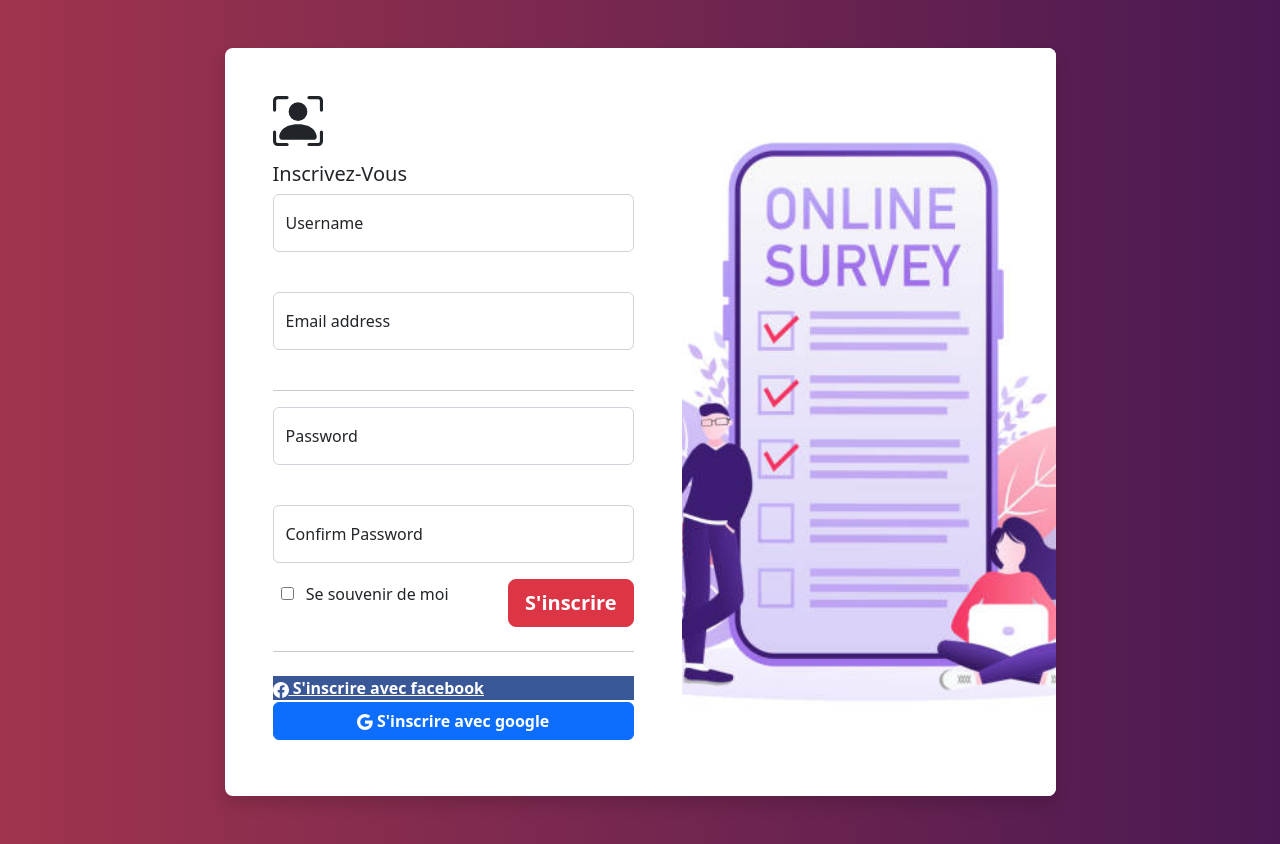
Repository: Djiamil/testsMoustaphaDER
Page: index.html
The author's editor kept a copy of each file at every save. The page is drawn from the files as they stood at one save, then again after the next save.
The browser window is 1280 px wide. The pictures show the whole page.

Above is the page before, as saved 2022-12-09 00:40:30.

### index.html
<!DOCTYPE html>
<html lang="en">
<head>
    <meta charset="UTF-8">
    <meta http-equiv="X-UA-Compatible" content="IE=edge">
    <meta name="viewport" content="width=device-width, initial-scale=1.0">
    <title>Formulaire d'inscription Futur Digital</title>
    <link rel="stylesheet" href="https://cdn.jsdelivr.net/npm/bootstrap@5.2.3/dist/css/bootstrap.min.css" integrity="sha384-rbsA2VBKQhggwzxH7pPCaAqO46MgnOM80zW1RWuH61DGLwZJEdK2Kadq2F9CUG65" crossorigin="anonymous">
    <link rel="stylesheet" href="style.css">
</head>
<body>
    <div class="container">
        <div class="row">
          <div class="col-lg-10 col-xl-9 mx-auto">
            <div class="card flex-row my-5 border-0 shadow rounded-3 overflow-hidden">
                <div class="card-body p-4 p-sm-5">
                    <div class="d-flex flex-column">
                        <svg xmlns="http://www.w3.org/2000/svg" width="50" height="50" fill="currentColor" class="bi bi-person-bounding-box mb-3" viewBox="0 0 16 16">
                            <path d="M1.5 1a.5.5 0 0 0-.5.5v3a.5.5 0 0 1-1 0v-3A1.5 1.5 0 0 1 1.5 0h3a.5.5 0 0 1 0 1h-3zM11 .5a.5.5 0 0 1 .5-.5h3A1.5 1.5 0 0 1 16 1.5v3a.5.5 0 0 1-1 0v-3a.5.5 0 0 0-.5-.5h-3a.5.5 0 0 1-.5-.5zM.5 11a.5.5 0 0 1 .5.5v3a.5.5 0 0 0 .5.5h3a.5.5 0 0 1 0 1h-3A1.5 1.5 0 0 1 0 14.5v-3a.5.5 0 0 1 .5-.5zm15 0a.5.5 0 0 1 .5.5v3a1.5 1.5 0 0 1-1.5 1.5h-3a.5.5 0 0 1 0-1h3a.5.5 0 0 0 .5-.5v-3a.5.5 0 0 1 .5-.5z"/>
                            <path d="M3 14s-1 0-1-1 1-4 6-4 6 3 6 4-1 1-1 1H3zm8-9a3 3 0 1 1-6 0 3 3 0 0 1 6 0z"/>
                        </svg>
                        <h5 class="card-title  fw-light fs-5">Inscrivez-Vous</h5>
                    </div>
                    <form class="form" id="form">

                    <div class="form-floating mb-3">
                        <label for="floatingInputUsername">Username</label>
                        <input type="text" class="form-control" id="username" placeholder="Enter username">
                        <small>Error message</small>
                    </div>

                    <div class="form-floating mb-3">
                        <label for="floatingInputEmail">Email address</label>
                        <input type="text" class="form-control" id="email" placeholder="Enter email">
                        <small>Error message</small>
                    </div>

                    <hr>

                    <div class="form-floating mb-3">
                        <label for="floatingPassword">Password</label>
                        <input type="password" class="form-control" id="password" placeholder="Enter password">
                        <small>Error message</small>
                    </div>

                    <div class="form-floating mb-3">
                        <label for="floatingPasswordConfirm">Confirm Password</label>
                        <input type="password" class="form-control" id="password2" placeholder="Confirm your password">
                    </div>

                    <div class="d-grid mb-2 w-100 d-flex justify-content-between">
                        <div>
                            <input type="checkbox" value="" class="m-2">
                            Se souvenir de moi
                        </div>
                        <a class="btn btn-lg btn-danger btn-login fw-bold  mr-25" id="btninscription">S'inscrire</a>
                    </div>

                    <hr class="my-4">

                    <div class="d-grid">
                        <a class="btn-facebook btn-login fw-bold ">
                            <svg xmlns="http://www.w3.org/2000/svg" width="16" height="16" fill="currentColor" class="bi bi-facebook" viewBox="0 0 16 16">
                                <path d="M16 8.049c0-4.446-3.582-8.05-8-8.05C3.58 0-.002 3.603-.002 8.05c0 4.017 2.926 7.347 6.75 7.951v-5.625h-2.03V8.05H6.75V6.275c0-2.017 1.195-3.131 3.022-3.131.876 0 1.791.157 1.791.157v1.98h-1.009c-.993 0-1.303.621-1.303 1.258v1.51h2.218l-.354 2.326H9.25V16c3.824-.604 6.75-3.934 6.75-7.951z"/>
                            </svg>
                            S'inscrire avec facebook
                        </a>
                    </div>
                    <div class="d-grid mb-2">
                        <button class="btn btn-primary fw-bold ">
                            <svg xmlns="http://www.w3.org/2000/svg" width="16" height="16" fill="currentColor" class="bi bi-google" viewBox="0 0 16 16">
                                <path d="M15.545 6.558a9.42 9.42 0 0 1 .139 1.626c0 2.434-.87 4.492-2.384 5.885h.002C11.978 15.292 10.158 16 8 16A8 8 0 1 1 8 0a7.689 7.689 0 0 1 5.352 2.082l-2.284 2.284A4.347 4.347 0 0 0 8 3.166c-2.087 0-3.86 1.408-4.492 3.304a4.792 4.792 0 0 0 0 3.063h.003c.635 1.893 2.405 3.301 4.492 3.301 1.078 0 2.004-.276 2.722-.764h-.003a3.702 3.702 0 0 0 1.599-2.431H8v-3.08h7.545z"/>
                              </svg> S'inscrire avec google
                        </button>
                    </div>
                    </form>
                </div>
                <div class="card-img-left d-none d-md-flex">
                    <!-- Background image for card set in CSS! -->
                  </div>
            </div>
        </div>
    </div>
<script src="https://cdn.jsdelivr.net/npm/bootstrap@5.2.3/dist/js/bootstrap.min.js" integrity="sha384-cuYeSxntonz0PPNlHhBs68uyIAVpIIOZZ5JqeqvYYIcEL727kskC66kF92t6Xl2V" crossorigin="anonymous"></script>
<script src="script.js"></script>
</body>
</html>

### style.css
@import url('https://fonts.googleapis.com/css2?family=Open+Sans:wght@300&display=swap');
:root{
  --success-color: #2ecc71;
  --error-color: #e74c3c;
}
body {
    background: #a0344d;
    background: linear-gradient(to right, #a0344d, #4a1952);
  }

  .card-img-left {
    width: 45%;
    /* Link to your background image using in the property below! */
    background: scroll center url('./image/ins.jpg');
    background-size: cover;
  }

  /* .btn-login {
    font-size: 0.9rem;
    letter-spacing: 0.05rem;
    padding: 0.75rem 1rem;
  } */

  .btn-google {
    color: white !important;
    background-color: #2297f4;
  }

  .btn-facebook {
    color: white !important;
    background-color: #3a5798;
  }
  .form-floating input:focus{
    outline: 0;
    border-color: #777;
}

.form-floating.success input{
    border-color: var(--success-color);
    margin: 2rem;
}

.form-floating.error input{
    border-color: var(--error-color);
}

  .form-floating small{
    color: var(--error-color);
    bottom: 0;
    left: 0;
    visibility: hidden;
}

.form-floating.error small{
    visibility: visible;
}
button{
  position:relative;
  margin-top: 0.1rem;
}

### script.js
const form = document.getElementById('form');
const username = document.getElementById('username');
const email = document.getElementById('email');
const password = document.getElementById('password');
const password2 = document.getElementById('password2');



function showError(input, message) {//Afficher les messages d'erreur
    const formControl = input.parentElement;
    formControl.className = 'form-floating error';
    const small = formControl.querySelector('small');
    small.innerText = message;
}

function showSuccess(input) {
    const formControl = input.parentElement;
    formControl.className = 'form-floating success';
}

function checkEmail(input) {//Tester si l'email est valide :  javascript : valid email
    const re = /^(([^<>()\[\]\\.,;:\s@"]+(\.[^<>()\[\]\\.,;:\s@"]+)*)|(".+"))@((\[[0-9]{1,3}\.[0-9]{1,3}\.[0-9]{1,3}\.[0-9]{1,3}\])|(([a-zA-Z\-0-9]+\.)+[a-zA-Z]{2,}))$/;

    if (re.test(input.value.trim().toLowerCase())) {
        showSuccess(input);
    } else {
        showError(input,`Email is not valid!`);
    }
}

function checkRequired(inputArray) {// Tester si les champs ne sont pas vides
    inputArray.forEach(input => {
        if (input.value.trim() === '') {
            showError(input,`${getFieldName(input)} is required`);
        }else{
            showSuccess(input);
        }
    });
}

//
function getFieldName(input) {//Retour le nom de chaque input en se basant sur son id
    return input.id.charAt(0).toUpperCase() + input.id.slice(1);
}
//

//
function checkLength(input, min, max) {//Tester la longueur de la valeur  d'un input
    if(input.value.length < min){
        showError(input, `${getFieldName(input)} must be at least ${min} characters!`)
    }else if(input.value.length > max){
        showError(input, `${getFieldName(input)} must be less than ${max} characters !`);
    }else{
        showSuccess(input);
    }
}
//
function checkPasswordMatch(input1, input2) {//Verifie la conformité des password
    if (input1.value !== input2.value) {
        showError(input2, 'Passwords do not match!');
    }
}

form.addEventListener('submit',function(e){
    e.preventDefault();//Bloquer la soumission du formulaire


    checkRequired([username, email, password, password2]);
    //
    checkLength(username, 3, 15);
    checkLength(password, 6, 25);
    checkEmail(email);
    checkPasswordMatch(password,password2);


    /*
    function isValidEmail(email) {//Tester si l'email est valide
    const re = /^(([^<>()\[\]\\.,;:\s@"]+(\.[^<>()\[\]\\.,;:\s@"]+)*)|(".+"))@((\[[0-9]{1,3}\.[0-9]{1,3}\.[0-9]{1,3}\.[0-9]{1,3}\])|(([a-zA-Z\-0-9]+\.)+[a-zA-Z]{2,}))$/;
    return re.test(String(email).toLowerCase());
}
*/
});

After the next save:
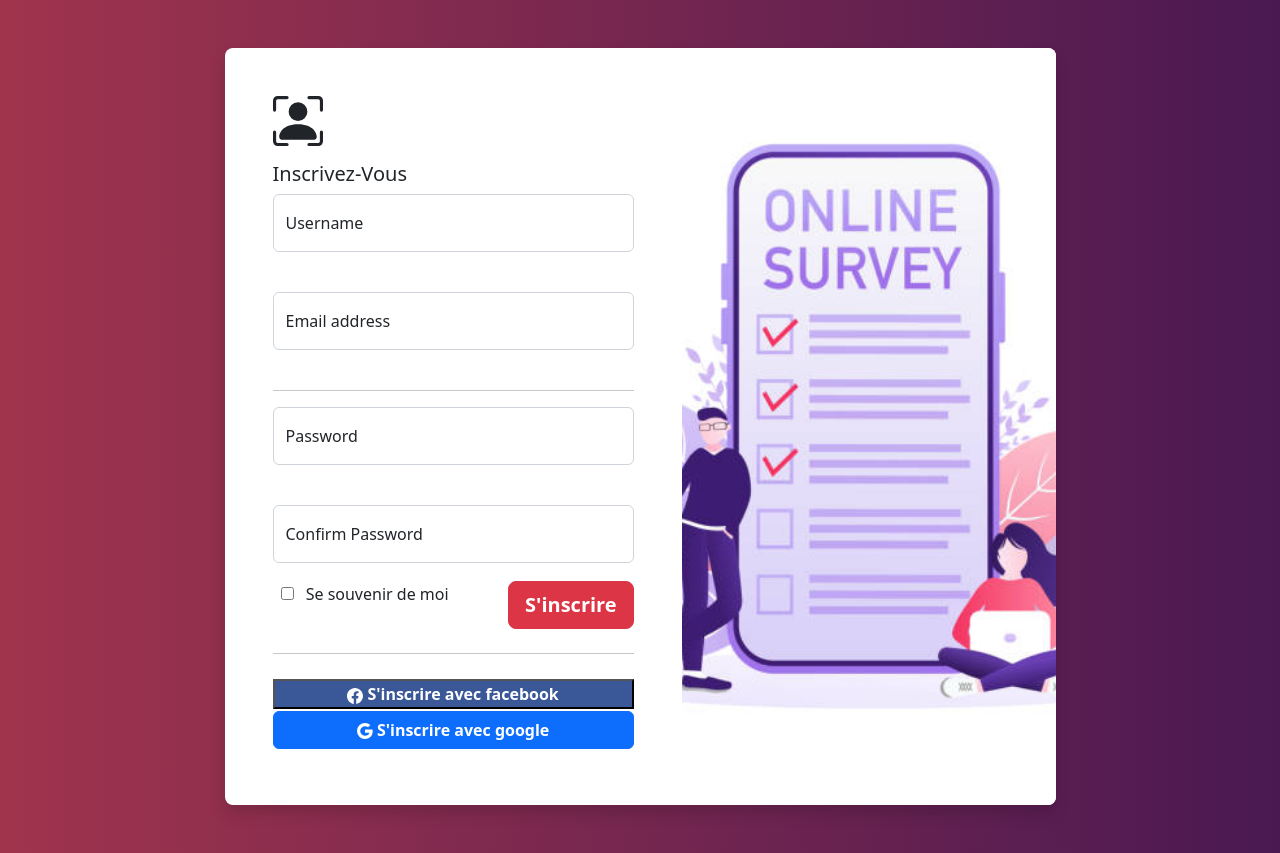
Saved 19 s later.
--- a/index.html
+++ b/index.html
@@ -53,18 +53,18 @@
                             <input type="checkbox" value="" class="m-2">
                             Se souvenir de moi
                         </div>
-                        <a class="btn btn-lg btn-danger btn-login fw-bold  mr-25" id="btninscription">S'inscrire</a>
+                        <button class="btn btn-lg btn-danger btn-login fw-bold  mr-25" id="btninscription">S'inscrire</button>
                     </div>
 
                     <hr class="my-4">
 
                     <div class="d-grid">
-                        <a class="btn-facebook btn-login fw-bold ">
+                        <button class="btn-facebook btn-login fw-bold ">
                             <svg xmlns="http://www.w3.org/2000/svg" width="16" height="16" fill="currentColor" class="bi bi-facebook" viewBox="0 0 16 16">
                                 <path d="M16 8.049c0-4.446-3.582-8.05-8-8.05C3.58 0-.002 3.603-.002 8.05c0 4.017 2.926 7.347 6.75 7.951v-5.625h-2.03V8.05H6.75V6.275c0-2.017 1.195-3.131 3.022-3.131.876 0 1.791.157 1.791.157v1.98h-1.009c-.993 0-1.303.621-1.303 1.258v1.51h2.218l-.354 2.326H9.25V16c3.824-.604 6.75-3.934 6.75-7.951z"/>
                             </svg>
                             S'inscrire avec facebook
-                        </a>
+                        </button>
                     </div>
                     <div class="d-grid mb-2">
                         <button class="btn btn-primary fw-bold ">

After the save that followed:
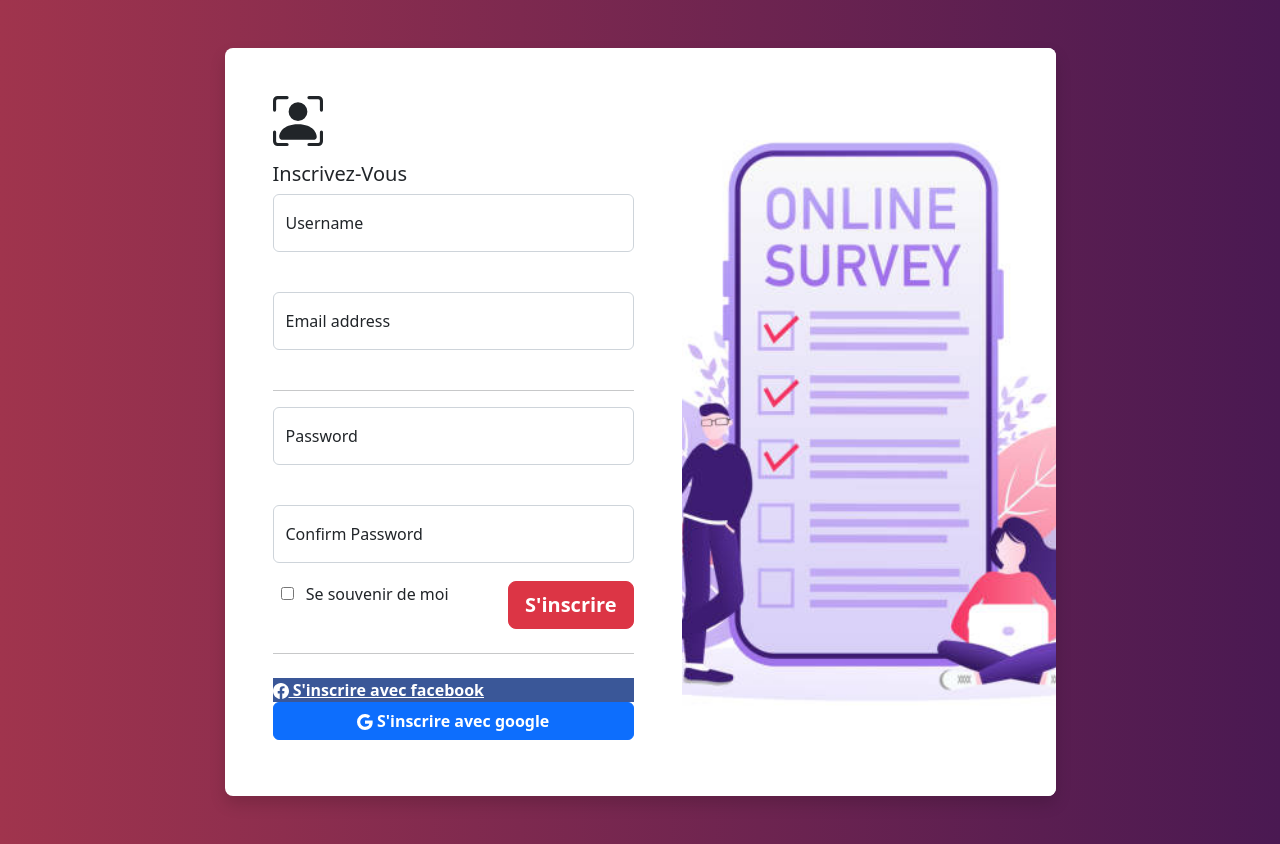
Saved 11 s later.
--- a/index.html
+++ b/index.html
@@ -59,19 +59,19 @@
                     <hr class="my-4">
 
                     <div class="d-grid">
-                        <button class="btn-facebook btn-login fw-bold ">
+                        <a class="btn-facebook btn-login fw-bold ">
                             <svg xmlns="http://www.w3.org/2000/svg" width="16" height="16" fill="currentColor" class="bi bi-facebook" viewBox="0 0 16 16">
                                 <path d="M16 8.049c0-4.446-3.582-8.05-8-8.05C3.58 0-.002 3.603-.002 8.05c0 4.017 2.926 7.347 6.75 7.951v-5.625h-2.03V8.05H6.75V6.275c0-2.017 1.195-3.131 3.022-3.131.876 0 1.791.157 1.791.157v1.98h-1.009c-.993 0-1.303.621-1.303 1.258v1.51h2.218l-.354 2.326H9.25V16c3.824-.604 6.75-3.934 6.75-7.951z"/>
                             </svg>
                             S'inscrire avec facebook
-                        </button>
+                        </a>
                     </div>
                     <div class="d-grid mb-2">
-                        <button class="btn btn-primary fw-bold ">
+                        <a class="btn btn-primary fw-bold ">
                             <svg xmlns="http://www.w3.org/2000/svg" width="16" height="16" fill="currentColor" class="bi bi-google" viewBox="0 0 16 16">
                                 <path d="M15.545 6.558a9.42 9.42 0 0 1 .139 1.626c0 2.434-.87 4.492-2.384 5.885h.002C11.978 15.292 10.158 16 8 16A8 8 0 1 1 8 0a7.689 7.689 0 0 1 5.352 2.082l-2.284 2.284A4.347 4.347 0 0 0 8 3.166c-2.087 0-3.86 1.408-4.492 3.304a4.792 4.792 0 0 0 0 3.063h.003c.635 1.893 2.405 3.301 4.492 3.301 1.078 0 2.004-.276 2.722-.764h-.003a3.702 3.702 0 0 0 1.599-2.431H8v-3.08h7.545z"/>
                               </svg> S'inscrire avec google
-                        </button>
+                        </a>
                     </div>
                     </form>
                 </div>
